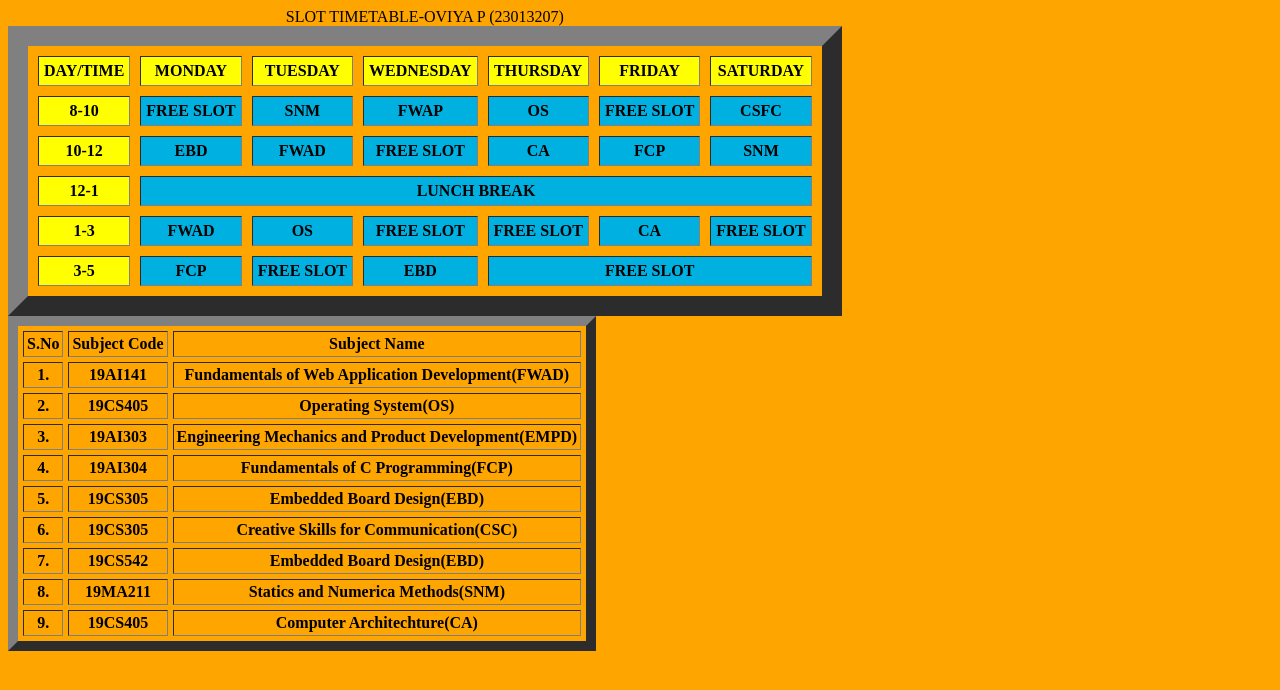
Repository: Oviya24032K6/slot
Page: oviya/static/time.html
These files come from the project's save history. The page is drawn as it stood at one moment and after the next save; the edit follows.
The browser window is 1280 px wide. The pictures show the whole page.

Above is the page before, as saved 2024-03-13 20:59:13.

### oviya/static/time.html
<html>
    <head>
        <title>SLOT TIMETABLE-OVIYA P (23013207)</title>
    </head>
    <body bgcolor="orange" align="center" >
    <table align="left" border="20" cellspacing="10" cellpadding="5">
    <caption>SLOT TIMETABLE-OVIYA P (23013207)</caption>
        <tr>
            <th bgcolor="yellow">DAY/TIME</th>
            <th bgcolor="yellow">MONDAY</th>
            <th bgcolor="yellow">TUESDAY</th>
            <th bgcolor="yellow">WEDNESDAY</th>
            <th bgcolor="yellow">THURSDAY</th>
            <th bgcolor="yellow">FRIDAY</th>
            <th bgcolor="yellow">SATURDAY</th>
        </tr>
        <tr>
            <th bgcolor="yellow">8-10</th>
            <th bgcolor="sky blue">FREE SLOT</th>
            <th bgcolor="sky blue">SNM</th>
            <th bgcolor="sky blue">FWAP</th>
            <th bgcolor="sky blue">OS</th>
            <th bgcolor="sky blue">FREE SLOT</th>
            <th bgcolor="sky blue">CSFC</th>
        </tr>
        <tr>
            <th bgcolor="yellow">10-12</th>
            <th bgcolor="sky blue">EBD</th>
            <th bgcolor="sky blue">FWAD</th>
            <th bgcolor="sky blue">FREE SLOT</th>
            <th bgcolor="sky blue">CA</th>
            <th bgcolor="sky blue">FCP</th>
            <th bgcolor="sky blue">SNM</th>
        </tr>
        <tr>
            <th bgcolor="yellow">12-1</th>
            <th bgcolor="sky blue" colspan="6">LUNCH BREAK</th>
        </tr>
        <tr>
            <th bgcolor="yellow">1-3</th>
            <th bgcolor="sky blue">FWAD</th>
            <th bgcolor="sky blue">OS</th>
            <th bgcolor="sky blue">FREE SLOT</th>
            <th bgcolor="sky blue">FREE SLOT</th>
            <th bgcolor="sky blue">CA</th>
            <th bgcolor="sky blue">FREE SLOT</th>
        </tr>
        <tr>
            <th bgcolor="yellow">3-5</th>
            <th bgcolor="sky blue">FCP</th>
            <th bgcolor="sky blue">FREE SLOT</th>
            <th bgcolor="sky blue">EBD</th>
            <th bgcolor="sky blue" colspan="4">FREE SLOT</th>
        </tr>

    </table>
        <br>
        <br>
    <table align="left" border="10" cellspacing="5" cellpadding="3">
        <tr>
            <th>S.No</th>
            <th>Subject Code</th>
            <th>Subject Name</th>
        </tr>
        <tr>
            <th>1.</th>
            <th>19AI141</th>
            <th>Fundamentals of Web Application Development(FWAD)</th>
        </tr>
        <tr>
            <th>2.</th>
            <th>19CS405</th>
            <th>Operating System(OS)</th>
        </tr>
        <tr>
            <th>3.</th>
            <th>19AI303</th>
            <th>Engineering Mechanics and Product Development(EMPD)</th>
        </tr>
        <tr>
            <th>4.</th>
            <th>19AI304</th>
            <th>Fundamentals of C Programming(FCP)</th>
        </tr>
        <tr>
            <th>5.</th>
            <th>19CS305</th>
            <th>Embedded Board Design(EBD)</th>
        </tr>
        <tr>
            <th>6.</th>
            <th>19CS305</th>
            <th>Creative Skills for Communication(CSC)</th>
        </tr>
        <tr>
            <th>7.</th>
            <th>19CS542</th>
            <th>Embedded Board Design(EBD)</th>
        </tr>
        <tr>
            <th>8.</th>
            <th>19MA211</th>
            <th>Statics and Numerica Methods(SNM)</th>
        </tr>
        <tr>
            <th>9.</th>
            <th>19CS405</th>
            <th>Computer Architechture(CA)</th>
        </tr>
    </table>
</body>
</html>
</html>

After the next save:
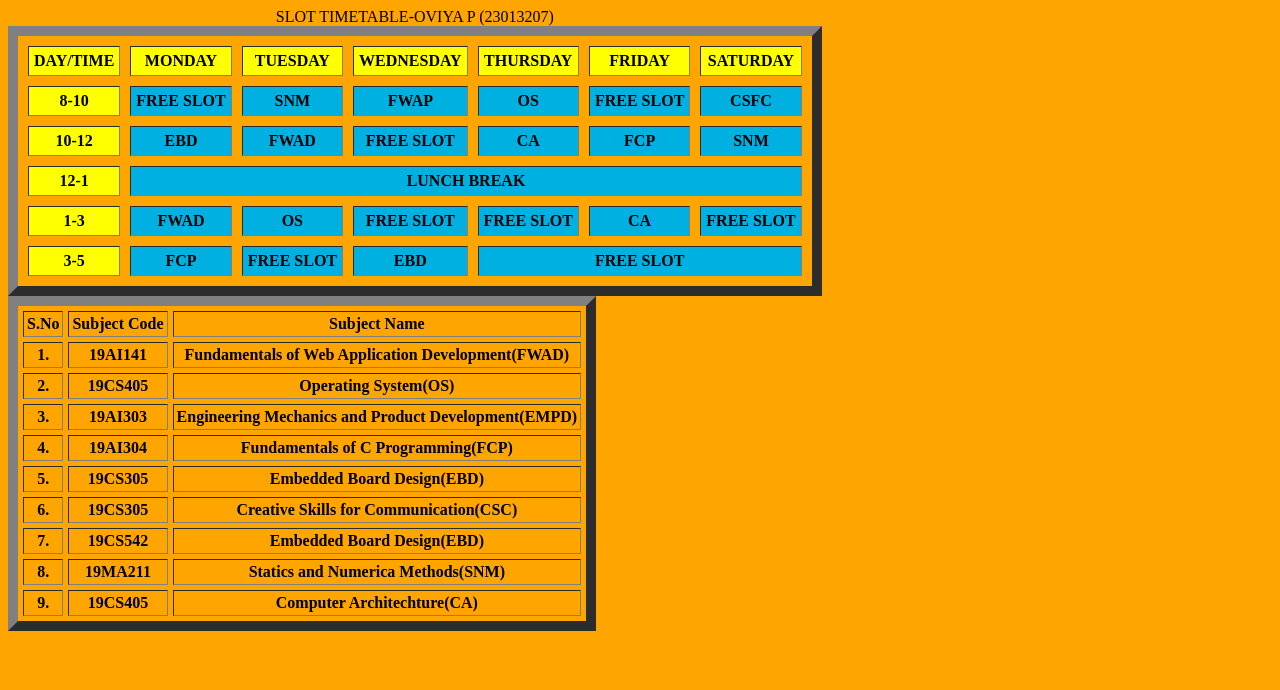
Saved 10 s later.
--- a/oviya/static/time.html
+++ b/oviya/static/time.html
@@ -3,7 +3,7 @@
         <title>SLOT TIMETABLE-OVIYA P (23013207)</title>
     </head>
     <body bgcolor="orange" align="center" >
-    <table align="left" border="20" cellspacing="10" cellpadding="5">
+    <table align="left" border="10" cellspacing="10" cellpadding="5">
     <caption>SLOT TIMETABLE-OVIYA P (23013207)</caption>
         <tr>
             <th bgcolor="yellow">DAY/TIME</th>
